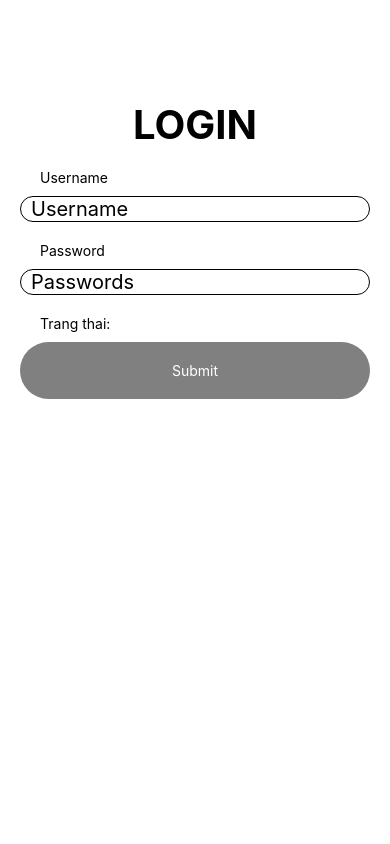
Repository: vietnguyenhoangw/ReactNative-FirstApplication
Screen: /
An editor plug-in stored every save of this project. The screen is shown before and after the next save, followed by the edit.
The app was drawn by React Native's web renderer in a window 390 px wide. The project was rebuilt for these pictures with package versions that can differ from the ones it lists, and the page was loaded fresh each time.

Above is the screen before, as saved 2019-12-11 09:44:07.

### App.js
// import thu vien

import React, {Component} from "react"

import {
  View,
  Text,
  StyleSheet,
  TextInput,
  TouchableOpacity,
} from "react-native"

// code class, component : render

class HelloWorld extends Component {

  constructor(props) {
    super(props);

    this.state = {
      username: '',
      password: '',
      text: '',
    }
  }

  click() {
    var Username = "aaa";
    var Password = "bbb";

    if (this.state.username != Username) {
      console.log('Sai username, password')
      this.setState({
        text : "Sai username, password"
      })
    }else {
      if (this.state.password != Password) {
        console.log('Sai username, password')
        this.setState({
          text : "Sai username, password"
        })
      }
      else {
        console.log('Thanh Cong')
        this.setState({
          text : "Thanh cong"
        })
      }
    }
  }

  render() {
    return(
      <View style={styles.viewOnScreen}>

        <View style={styles.viewHeader}>

          <Text style={styles.textTitle}>LOGIN</Text>

        </View>

        <View style={styles.body}>

          <Text style={styles.textUser}>Username</Text>

          <TextInput
            style={styles.textInput}
            placeholder = "Username"
            onChangeText={(text) => this.setState({username:text})}/>

          <Text style={styles.textUser}>Password</Text>

          <TextInput style={styles.textInput}
           placeholder = "Passwords"
           onChangeText={(text) => this.setState({password:text})} />

          <Text style={styles.textUser}>Trang thai: {this.state.text}</Text>

          <TouchableOpacity
            style={styles.btn}
            onPress={() => {this.click()}}>
            <Text style={styles.textBtn}>Submit</Text>
          </TouchableOpacity>

        </View>

      </View>
    );
  }
}

const styles = StyleSheet.create({
  viewOnScreen: {
    width: '100%',
    height: '100%'
  },
  viewHeader: {
      width:'100%',
  },
  textTitle: {
    textAlign:'center',
    marginTop: 100,
    marginBottom: 20,
    fontWeight:'bold',
    fontSize: 40
  },
  textUser: {
    marginLeft: 40,
    marginRight: 20,
    marginBottom: 10,
  },
  textInput:{
    borderRadius:50,
    marginBottom: 20,
    marginLeft: 20,
    marginRight: 20,
    borderWidth:1,
    borderColor: 'black',
    fontSize:20,
    paddingLeft: 10,
    paddingRight: 10
  },
  btn: {
    borderRadius:50,
    backgroundColor:'gray',
    marginLeft: 20,
    marginRight: 20,
    padding:20,
  },
  textBtn: {
    width:'100%',
    color: 'white',
    textAlign:'center',
  }
});

export default HelloWorld

After the next save:
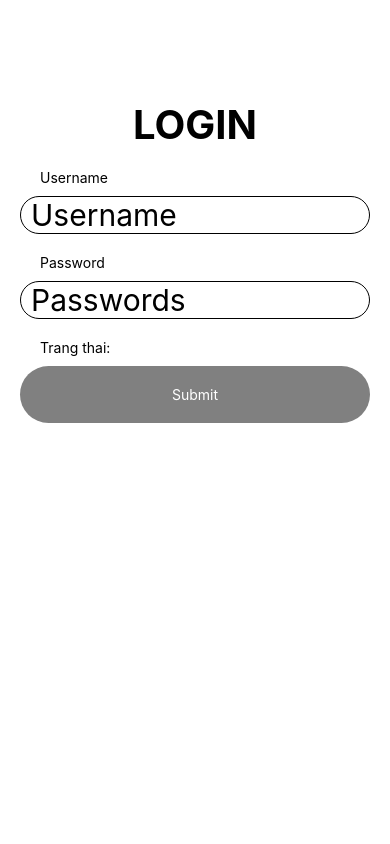
Saved 5 s later.
--- a/App.js
+++ b/App.js
@@ -116,7 +116,7 @@ const styles = StyleSheet.create({
     marginRight: 20,
     borderWidth:1,
     borderColor: 'black',
-    fontSize:20,
+    fontSize:30,
     paddingLeft: 10,
     paddingRight: 10
   },
